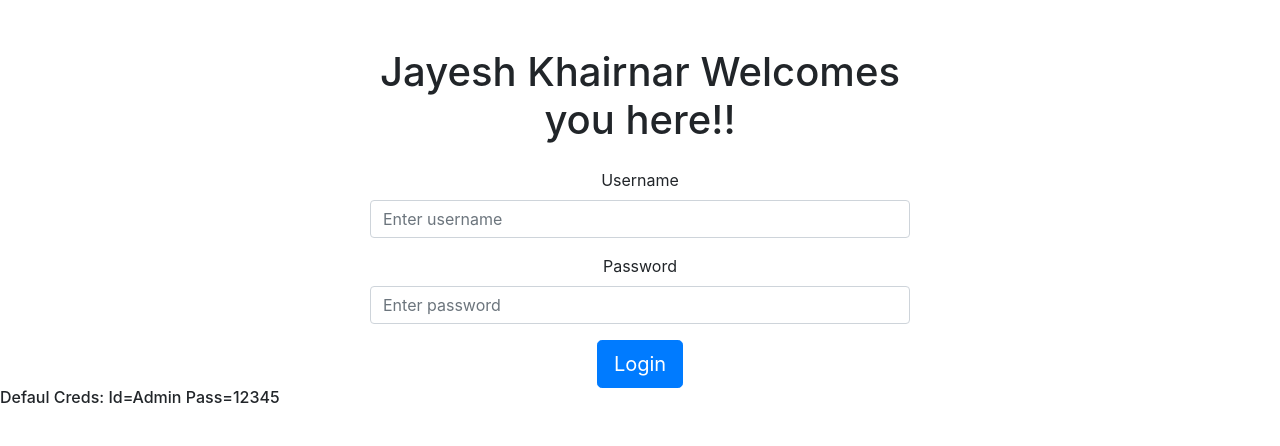
Repository: JayeshKhairnar1/Servlet_JSP
Page: ConnectionPool/src/main/webapp/index.html
An editor plug-in stored every save of this project. The page is shown before and after the next save, followed by the edit.
The browser window is 1280 px wide. The pictures show the whole page.
Some web libraries are served in a nearby version.

Above is the page before, as saved 2024-06-27 06:38:18.

After the next save:
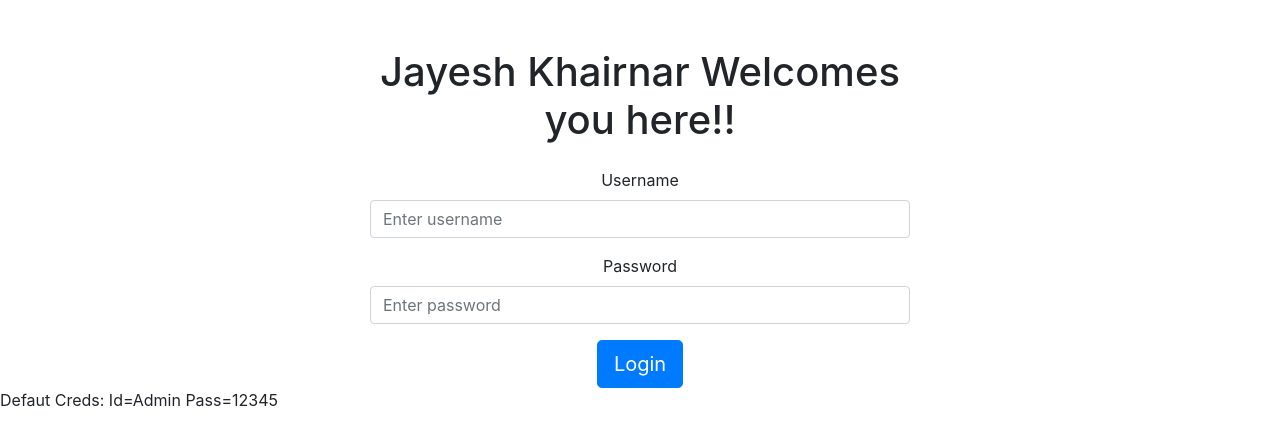
Saved 15 s later.
--- a/ConnectionPool/src/main/webapp/index.html
+++ b/ConnectionPool/src/main/webapp/index.html
@@ -26,7 +26,7 @@
             </div>
         </div>
     </div>
-<h6>Defaul Creds: Id=Admin Pass=12345</h6>
+Defaut Creds: Id=Admin Pass=12345
     <script>
         function validateLogin() {
             const username = document.getElementById('username').value;
